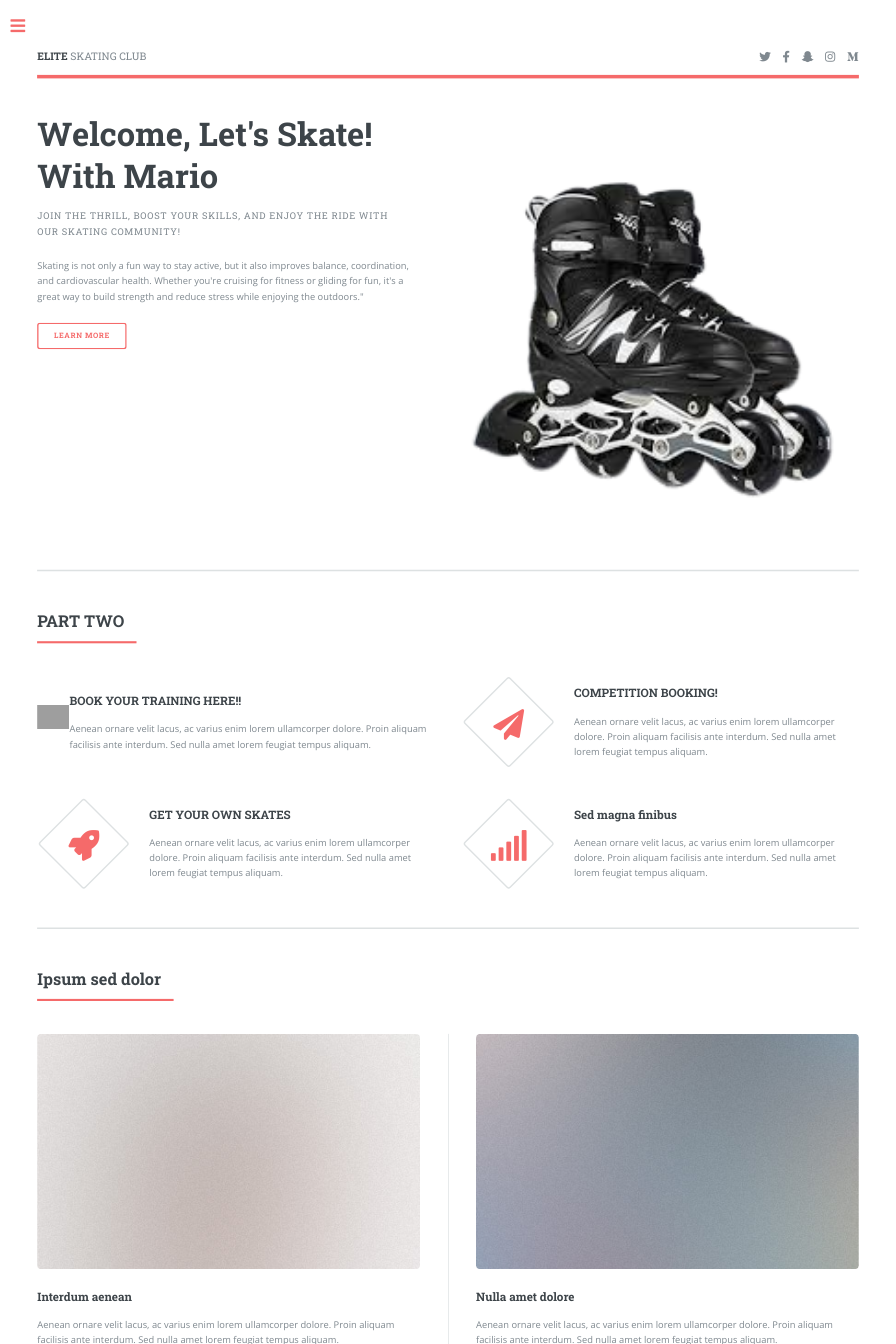
Repository: rachel648/New_Elite
Page: index.html
An editor plug-in stored every save of this project. The page is shown before and after the next save, followed by the edit.
The browser window is 1280 px wide. The pictures show the part of the page from y = 0 to 1920 px (the page is 3230 px tall), at 70% of full size.
Pictures or frames that could not be fetched are drawn as grey boxes.

Above is the page before, as saved 2024-09-20 14:13:21.

### index.html
<!DOCTYPE HTML>
<html>
	<head>
		<title>ELITE SKATES</title>
		<meta charset="utf-8" />
		<meta name="viewport" content="width=device-width, initial-scale=1, user-scalable=no" />
		<link rel="stylesheet" href="assets/css/main.css" />
	</head>
	<body class="is-preload">

		<!-- Wrapper -->
			<div id="wrapper">

				<!-- Main -->
					<div id="main">
						<div class="inner">

							<!-- Header -->
								<header id="header">
									<a href="index.html" class="logo"><strong>ELITE </strong>SKATING CLUB</a>
									<ul class="icons">
										<li><a href="#" class="icon brands fa-twitter"><span class="label">Twitter</span></a></li>
										<li><a href="#" class="icon brands fa-facebook-f"><span class="label">Facebook</span></a></li>
										<li><a href="#" class="icon brands fa-snapchat-ghost"><span class="label">Snapchat</span></a></li>
										<li><a href="#" class="icon brands fa-instagram"><span class="label">Instagram</span></a></li>
										<li><a href="#" class="icon brands fa-medium-m"><span class="label">Medium</span></a></li>
									</ul>
								</header>

							<!-- Banner -->
								<section id="banner">
									<div class="content">
										<header>
											<h1>Welcome, Let's Skate!<br />
											With Mario</h1>
											<p>Join the thrill, boost your skills, and enjoy the ride with our skating community!</p>
										</header>
										<p>Skating is not only a fun way to stay active, but it also improves balance, coordination, and cardiovascular health. Whether you're cruising for fitness or gliding for fun, it's a great way to build strength and reduce stress while enjoying the outdoors."</p>
										<ul class="actions">
											<li><a href="#" class="button big">Learn More</a></li>
										</ul>
									</div>
									<span class="image object">
										<img src="images/skateone-removebg-preview.png" alt="" />
									</span>
								</section>

							<!-- Section -->
								<section>
									<header class="major">
										<h2>PART TWO</h2>
									</header>
									<div class="features">
										<article>
											<span class="training-icon"></span>
											<div class="content">
												<h3>BOOK YOUR TRAINING HERE!!</h3>
												<p>Aenean ornare velit lacus, ac varius enim lorem ullamcorper dolore. Proin aliquam facilisis ante interdum. Sed nulla amet lorem feugiat tempus aliquam.</p>
											</div>
										</article>
										<article>
											<span class="icon solid fa-paper-plane"></span>
											<div class="content">
												<h3>COMPETITION BOOKING!</h3>
												<p>Aenean ornare velit lacus, ac varius enim lorem ullamcorper dolore. Proin aliquam facilisis ante interdum. Sed nulla amet lorem feugiat tempus aliquam.</p>
											</div>
										</article>
										<article>
											<span class="icon solid fa-rocket"></span>
											<div class="content">
												<h3>GET YOUR OWN SKATES</h3>
												<p>Aenean ornare velit lacus, ac varius enim lorem ullamcorper dolore. Proin aliquam facilisis ante interdum. Sed nulla amet lorem feugiat tempus aliquam.</p>
											</div>
										</article>
										<article>
											<span class="icon solid fa-signal"></span>
											<div class="content">
												<h3>Sed magna finibus</h3>
												<p>Aenean ornare velit lacus, ac varius enim lorem ullamcorper dolore. Proin aliquam facilisis ante interdum. Sed nulla amet lorem feugiat tempus aliquam.</p>
											</div>
										</article>
									</div>
								</section>

							<!-- Section -->
								<section>
									<header class="major">
										<h2>Ipsum sed dolor</h2>
									</header>
									<div class="posts">
										<article>
											<a href="#" class="image"><img src="images/pic01.jpg" alt="" /></a>
											<h3>Interdum aenean</h3>
											<p>Aenean ornare velit lacus, ac varius enim lorem ullamcorper dolore. Proin aliquam facilisis ante interdum. Sed nulla amet lorem feugiat tempus aliquam.</p>
											<ul class="actions">
												<li><a href="#" class="button">More</a></li>
											</ul>
										</article>
										<article>
											<a href="#" class="image"><img src="images/pic02.jpg" alt="" /></a>
											<h3>Nulla amet dolore</h3>
											<p>Aenean ornare velit lacus, ac varius enim lorem ullamcorper dolore. Proin aliquam facilisis ante interdum. Sed nulla amet lorem feugiat tempus aliquam.</p>
											<ul class="actions">
												<li><a href="#" class="button">More</a></li>
											</ul>
										</article>
										<article>
											<a href="#" class="image"><img src="images/pic03.jpg" alt="" /></a>
											<h3>Tempus ullamcorper</h3>
											<p>Aenean ornare velit lacus, ac varius enim lorem ullamcorper dolore. Proin aliquam facilisis ante interdum. Sed nulla amet lorem feugiat tempus aliquam.</p>
											<ul class="actions">
												<li><a href="#" class="button">More</a></li>
											</ul>
										</article>
										<article>
											<a href="#" class="image"><img src="images/pic04.jpg" alt="" /></a>
											<h3>Sed etiam facilis</h3>
											<p>Aenean ornare velit lacus, ac varius enim lorem ullamcorper dolore. Proin aliquam facilisis ante interdum. Sed nulla amet lorem feugiat tempus aliquam.</p>
											<ul class="actions">
												<li><a href="#" class="button">More</a></li>
											</ul>
										</article>
										<article>
											<a href="#" class="image"><img src="images/pic05.jpg" alt="" /></a>
											<h3>Feugiat lorem aenean</h3>
											<p>Aenean ornare velit lacus, ac varius enim lorem ullamcorper dolore. Proin aliquam facilisis ante interdum. Sed nulla amet lorem feugiat tempus aliquam.</p>
											<ul class="actions">
												<li><a href="#" class="button">More</a></li>
											</ul>
										</article>
										<article>
											<a href="#" class="image"><img src="images/pic06.jpg" alt="" /></a>
											<h3>Amet varius aliquam</h3>
											<p>Aenean ornare velit lacus, ac varius enim lorem ullamcorper dolore. Proin aliquam facilisis ante interdum. Sed nulla amet lorem feugiat tempus aliquam.</p>
											<ul class="actions">
												<li><a href="#" class="button">More</a></li>
											</ul>
										</article>
									</div>
								</section>

						</div>
					</div>

				<!-- Sidebar -->
					<div id="sidebar">
						<div class="inner">

							<!-- Search -->
								<section id="search" class="alt">
									<form method="post" action="#">
										<input type="text" name="query" id="query" placeholder="Search" />
									</form>
								</section>

							<!-- Menu -->
								<nav id="menu">
									<header class="major">
										<h2>Menu</h2>
									</header>
									<ul>
										<li><a href="index.html">Homepage</a></li>
										<li><a href="generic.html">Generic</a></li>
										<li><a href="elements.html">Elements</a></li>
										<li>
											<span class="opener">Submenu</span>
											<ul>
												<li><a href="#">Lorem Dolor</a></li>
												<li><a href="#">Ipsum Adipiscing</a></li>
												<li><a href="#">Tempus Magna</a></li>
												<li><a href="#">Feugiat Veroeros</a></li>
											</ul>
										</li>
										<li><a href="#">Etiam Dolore</a></li>
										<li><a href="#">Adipiscing</a></li>
										<li>
											<span class="opener">Another Submenu</span>
											<ul>
												<li><a href="#">Lorem Dolor</a></li>
												<li><a href="#">Ipsum Adipiscing</a></li>
												<li><a href="#">Tempus Magna</a></li>
												<li><a href="#">Feugiat Veroeros</a></li>
											</ul>
										</li>
										<li><a href="#">Maximus Erat</a></li>
										<li><a href="#">Sapien Mauris</a></li>
										<li><a href="#">Amet Lacinia</a></li>
									</ul>
								</nav>

							<!-- Section -->
								<section>
									<header class="major">
										<h2>Ante interdum</h2>
									</header>
									<div class="mini-posts">
										<article>
											<a href="#" class="image"><img src="images/pic07.jpg" alt="" /></a>
											<p>Aenean ornare velit lacus, ac varius enim lorem ullamcorper dolore aliquam.</p>
										</article>
										<article>
											<a href="#" class="image"><img src="images/pic08.jpg" alt="" /></a>
											<p>Aenean ornare velit lacus, ac varius enim lorem ullamcorper dolore aliquam.</p>
										</article>
										<article>
											<a href="#" class="image"><img src="images/pic09.jpg" alt="" /></a>
											<p>Aenean ornare velit lacus, ac varius enim lorem ullamcorper dolore aliquam.</p>
										</article>
									</div>
									<ul class="actions">
										<li><a href="#" class="button">More</a></li>
									</ul>
								</section>

							<!-- Section -->
								<section>
									<header class="major">
										<h2>Get in touch</h2>
									</header>
									<p>Sed varius enim lorem ullamcorper dolore aliquam aenean ornare velit lacus, ac varius enim lorem ullamcorper dolore. Proin sed aliquam facilisis ante interdum. Sed nulla amet lorem feugiat tempus aliquam.</p>
									<ul class="contact">
										<li class="icon solid fa-envelope"><a href="#">information@untitled.tld</a></li>
										<li class="icon solid fa-phone">(000) 000-0000</li>
										<li class="icon solid fa-home">1234 Somewhere Road #8254<br />
										Nashville, TN 00000-0000</li>
									</ul>
								</section>

							<!-- Footer -->
								<footer id="footer">
									<p class="copyright">&copy; Untitled. All rights reserved. Demo Images: <a href="https://unsplash.com">Unsplash</a>. Design: <a href="https://html5up.net">HTML5 UP</a>.</p>
								</footer>

						</div>
					</div>

			</div>

		<!-- Scripts -->
			<script src="assets/js/jquery.min.js"></script>
			<script src="assets/js/browser.min.js"></script>
			<script src="assets/js/breakpoints.min.js"></script>
			<script src="assets/js/util.js"></script>
			<script src="assets/js/main.js"></script>

	</body>
</html>

Loaded but not shown: assets/css/fontawesome-all.min.css (library); assets/js/jquery.min.js (library); assets/js/browser.min.js (common file); assets/js/breakpoints.min.js (common file); assets/js/util.js (587 lines, source omitted); assets/js/main.js (262 lines, source omitted); assets/css/main.css (2284 lines, source omitted)

After the next save:
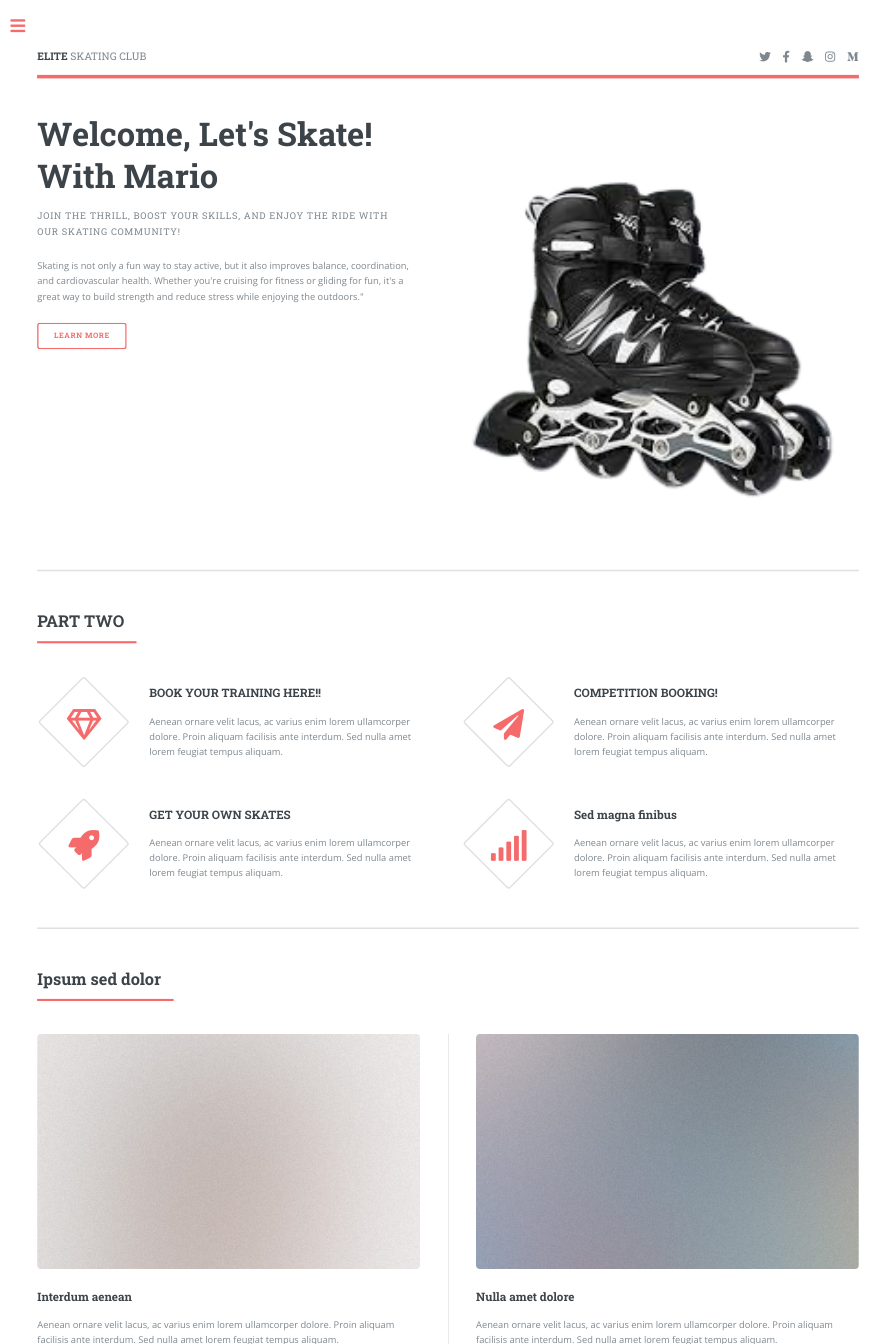
Saved 25 s later.
--- a/index.html
+++ b/index.html
@@ -52,7 +52,7 @@
 									</header>
 									<div class="features">
 										<article>
-											<span class="training-icon"></span>
+											<span class="icon fa-gem"></span>
 											<div class="content">
 												<h3>BOOK YOUR TRAINING HERE!!</h3>
 												<p>Aenean ornare velit lacus, ac varius enim lorem ullamcorper dolore. Proin aliquam facilisis ante interdum. Sed nulla amet lorem feugiat tempus aliquam.</p>
